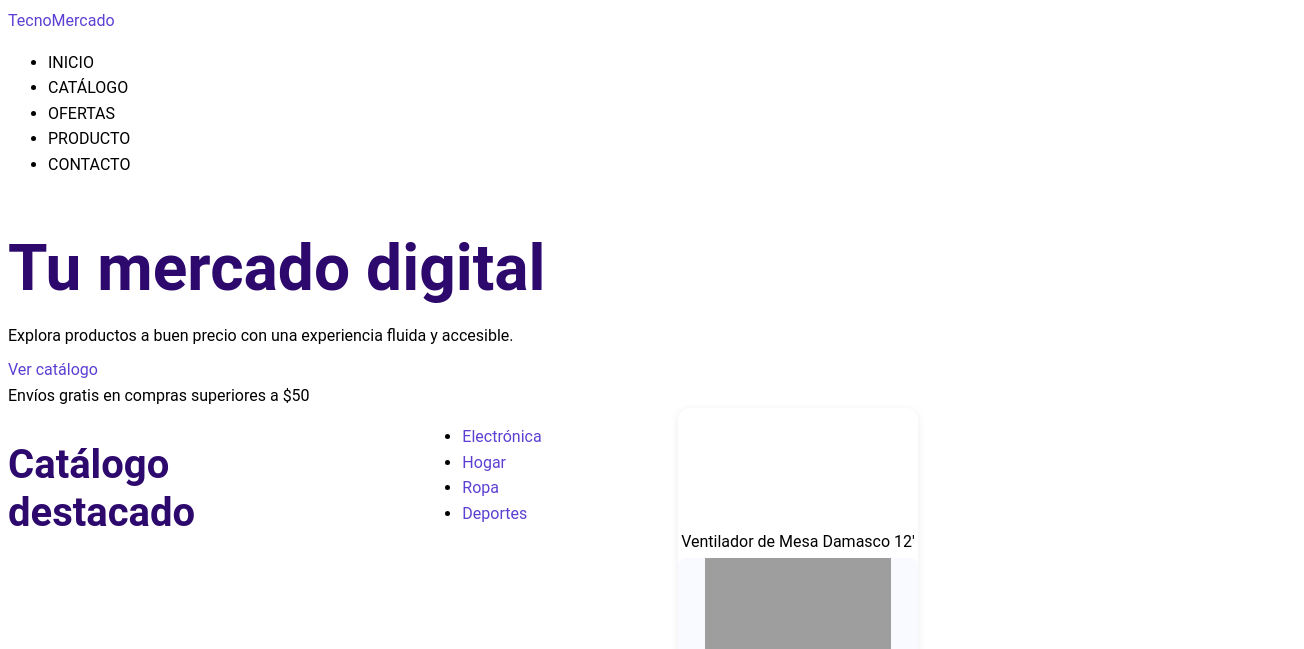
Repository: aryacarpavila/lab02_web
Page: index.html
The author's editor kept a copy of each file at every save. The page is drawn from the files as they stood at one save, then again after the next save.
The browser window is 1280 px wide. The page is 1304 px wide, so the pictures cover 1304 px, including what lies to the right of the window. The pictures show the part of the page from y = 0 to 649 px (the page is 4209 px tall before and 3681 px after).
Pictures or frames that could not be fetched are drawn as grey boxes.

Above is the page before, as saved 2025-11-12 08:06:32.

After the next save:
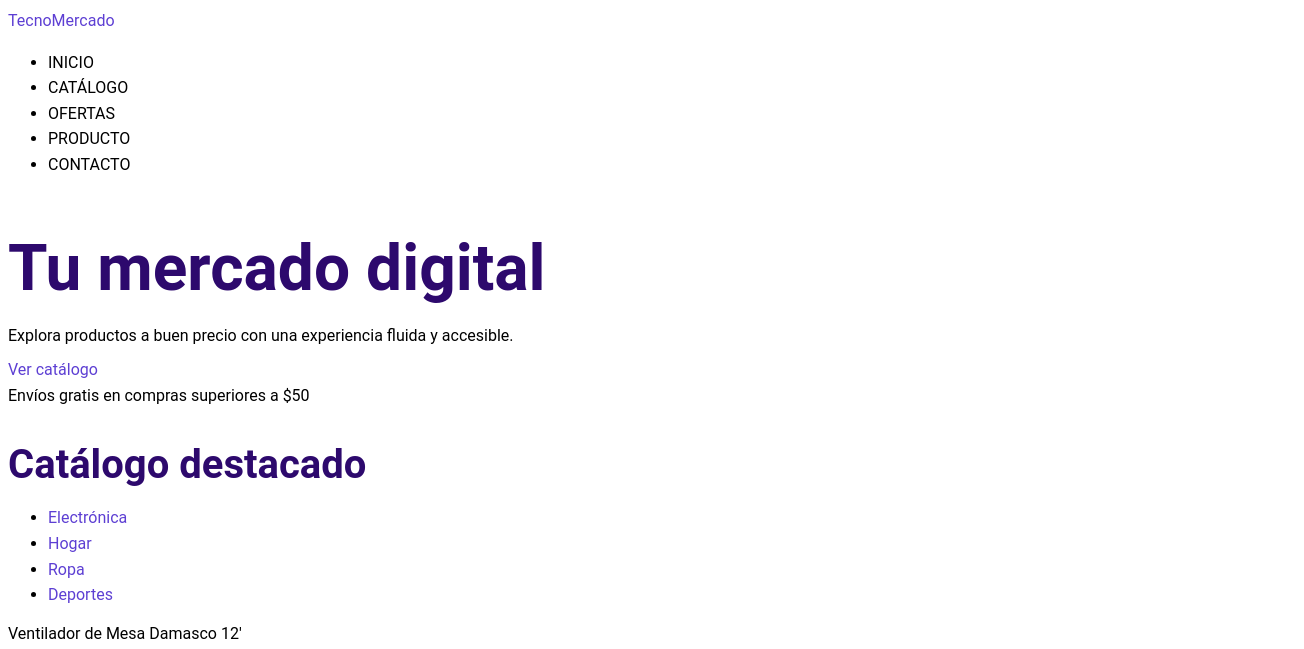
Saved 4 min 32 s later.
--- a/assets/css/components.css
+++ b/assets/css/components.css
@@ -7,45 +7,6 @@
   - Selectores de atributo, pseudo-clases y pseudo-elementos
 */
 
-/*
-  components.css
-  - Estilos de componentes reutilizables como tarjetas de producto, botones de contorno, etc.
-*/
-
-/* =========================================================
-   COMPONENTES: Tarjetas de productos, botones y formularios
-   ========================================================= */
-
-/* === GRID DE PRODUCTOS (4 por fila) === */
-section:nth-of-type(2) > div:not(.catalogo-destacado) {
-  display: grid;
-  grid-template-columns: repeat(4, 1fr); /* 🔹 4 tarjetas por hilera */
-  gap: var(--spacing-md);
-  justify-items: center;
-  align-items: start;
-  margin-top: var(--spacing-md);
-  padding: var(--spacing-md);
-}
-
-/* === TARJETAS DE PRODUCTOS === */
-article {
-  width: 100%;
-  max-width: 240px;
-  background-color: var(--color-white);
-  border-radius: 12px;
-  box-shadow: 0 2px 8px rgba(0, 0, 0, 0.08);
-  overflow: hidden;
-  transition: transform 0.2s ease, box-shadow 0.2s ease;
-  text-align: center;
-  padding: var(--spacing-sm);
-
-  /* 🔹 Asegura que todas tengan el mismo alto visual */
-  display: flex;
-  flex-direction: column;
-  justify-content: space-between;
-  height: 360px; /* Puedes ajustar este valor según tu diseño */
-}
-
 header nav a {
   /* Estilo para los enlaces de navegación */
   color: var(--color-text);
@@ -66,16 +27,64 @@ article:hover {
   box-shadow: 0 4px 16px rgba(0, 0, 0, 0.12);
 }
 
-/* Imagen dentro de la tarjeta */
+.hero-section {
+  padding: var(--spacing-lg) var(--spacing-md);
+  background-color: var(--color-background-dark);
+}
+
+.hero-wrapper {
+  max-width: 1200px;
+  margin: 0 auto;
+  display: grid;
+  grid-template-columns: 1fr 1fr;
+  gap: var(--spacing-lg);
+  align-items: center;
+}
+
+.hero-content h1 {
+  font-size: clamp(2rem, 5vw, 4rem);
+  color: var(--color-text);
+  margin-bottom: var(--spacing-sm);
+  text-align: left;
+}
+
 article img {
   width: 100%;
-  height: 140px; /* 🔹 Altura fija para todas las imágenes */
-  object-fit: contain; /* 🔹 Mantiene proporción sin recortar */
+  height: 140px;
+  object-fit: contain;
   margin-bottom: var(--spacing-sm);
   background-color: #f8faff;
   border-radius: 8px;
 }
 
+footer a {
+    color: var(--color-white);
+}
+
+.text-center {
+  text-align: center;
+}
+
+.boton {
+    background-color: var(--color-primary);
+    color: var(--color-white);
+    border: none;
+    font-weight: var(--font-weight-bold);
+    text-transform: uppercase;
+    text-decoration: none;
+    cursor: pointer;
+    display: inline-block;
+    font-size: 0.75rem;
+    padding: 0.5rem 0.8rem;
+    border-radius: var(--border-radius, 4px);
+    transition: background-color 0.3s ease;
+}
+
+.boton:hover,
+.boton:focus {
+    background-color: var(--color-secondary);
+    color: var(--color-white);
+}
 
 /* Título del producto */
 article h3 {
@@ -110,6 +119,26 @@ article button:hover {
   background-color: var(--color-secondary);
   border-color: var(--color-primary);
 }
+
+
+/* Efecto hover */
+.categorias li a:hover,
+.categorias li a:focus {
+    background-color: var(--color-secondary); /* Morado más suave */
+    color: var(--color-white);                /* Texto blanco al pasar */
+    transform: translateY(-1px);              /* Sutil levantamiento */
+}
+
+/* Línea debajo del título */
+.catalogo-destacado h2 {
+    border-bottom: 3px solid var(--color-primary);
+    display: inline-block;
+    padding-bottom: 0.5rem;
+    margin-bottom: 1.5rem;
+    color: var(--color-text);
+    font-weight: var(--font-weight-bold);
+}
+
 
 /* === BOTONES PRINCIPALES === */
 .boton {
